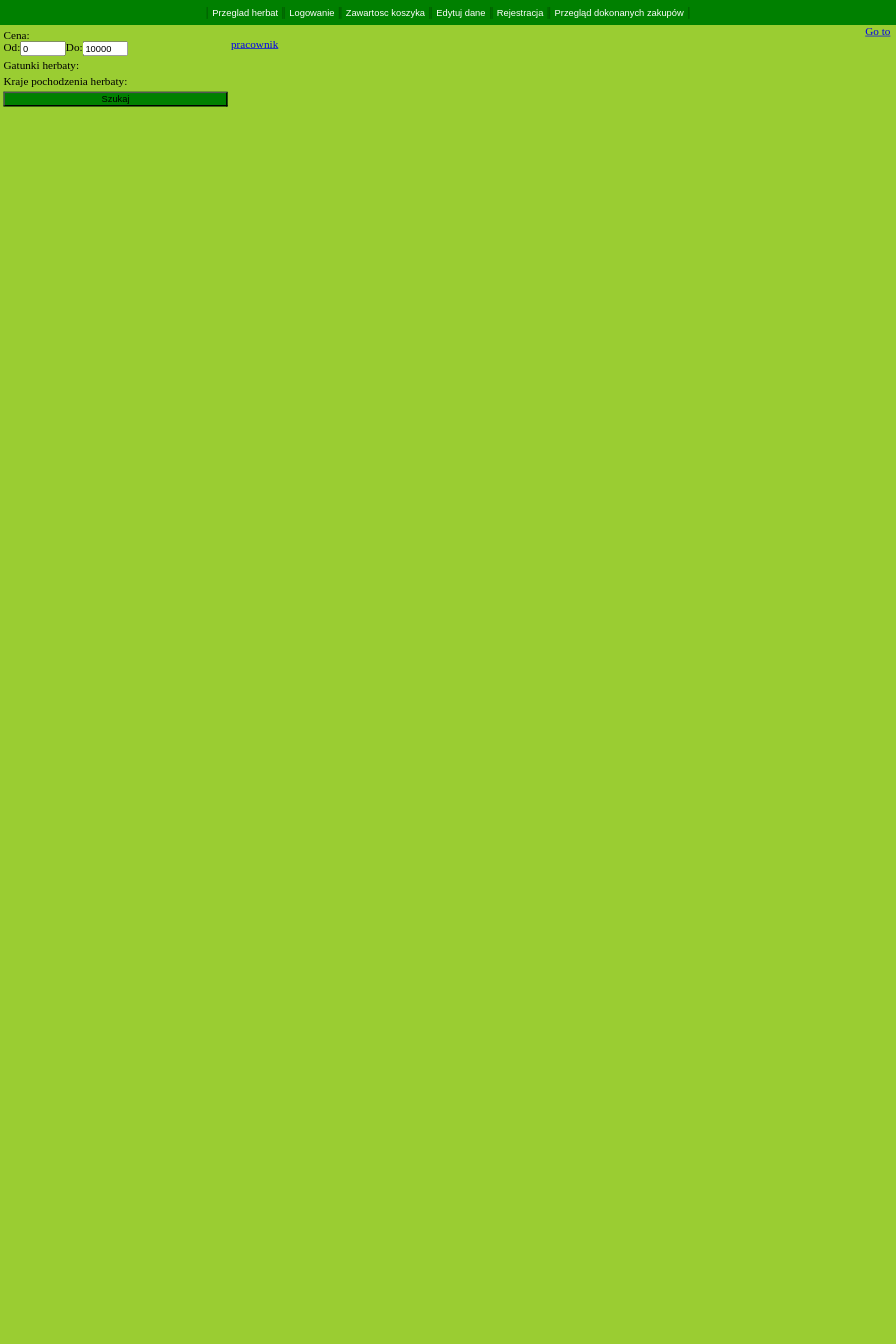
Repository: AdamKoliweszka/HerbaciarniaFrontend
Page: /
The author's editor kept a copy of each file at every save. The page is drawn from the files as they stood at one save, then again after the next save.
The browser window is 1280 px wide. The pictures show the part of the page from y = 0 to 1920 px (the page is 3000 px tall), at 70% of full size.
The project was rebuilt for these pictures with package versions that can differ from the ones it lists, and the page was loaded fresh each time. Also part of the build but not shown: src/components/ListaHerbatPracownik.vue, src/PrzegladHerbatPracownik.vue, src/components/EdytowanieKrajow.vue, src/PrzegladKrajowPracownik.vue, src/PrzegladGatunkowPracownik.vue, src/EdytowanieHerbatyPracownik.vue, src/DodawanieHerbatyPracownik.vue, src/PrzegladDostawcowPracownik.vue.

Above is the page before, as saved 2019-04-11 22:28:43.

### public/index.html
<!DOCTYPE html>
<html lang="en">

<head>
  <meta charset="utf-8">
  <meta http-equiv="X-UA-Compatible" content="IE=edge">
  <meta name="viewport" content="width=device-width,initial-scale=1.0">
  <link rel="icon" href="<%= BASE_URL %>favicon.ico">
  <title>herbaciarniafrontend</title>
  <style type="text/css">
    html {
      min-height: 100%;
      display: block;
    }

    body {
      height: 100%;
      margin: 0;
      background-color: yellowgreen;
      box-sizing: border-box;
      display: block;
      height: 3000px;
    }
  </style>
</head>

<body>
  <noscript>
    <strong>We're sorry but herbaciarniafrontend doesn't work properly without JavaScript enabled. Please enable it to
      continue.</strong>
  </noscript>
  <div id="app"></div>
  <!-- built files will be auto injected -->
</body>

</html>

### src/main.js
import Vue from 'vue';
import VueRouter from 'vue-router';
import App from './App.vue';
import PrzegladHerbatKlient from "./PrzegladHerbatKlient.vue";
import PrzegladHerbatPracownik from "./PrzegladHerbatPracownik.vue";
import PrzegladKrajowPracownik from "./PrzegladKrajowPracownik.vue";
import PrzegladGatunkowPracownik from "./PrzegladGatunkowPracownik.vue";
import EdytowanieHerbatyPracownik from "./EdytowanieHerbatyPracownik.vue";
import DodawanieHerbatyPracownik from "./DodawanieHerbatyPracownik.vue";
import PrzegladDostawcowPracownik from "./PrzegladDostawcowPracownik.vue";

Vue.use(VueRouter);

const routes = [
    {path: "/" ,component: PrzegladHerbatKlient},
    {path: "/pracownik", component: PrzegladHerbatPracownik},
    {path: "/pracownik/kraje", component: PrzegladKrajowPracownik},
    {path: "/pracownik/gatunki", component: PrzegladGatunkowPracownik},
    {path: "/pracownik/dostawcy", component: PrzegladDostawcowPracownik},
    {path: "/pracownik/herbaty/:id", component: EdytowanieHerbatyPracownik},
    {path: "/pracownik/dodawanieHerbaty/", component: DodawanieHerbatyPracownik}
];
const router = new VueRouter({
  routes,
  mode:"history"
})


new Vue({
  el: '#app',
  router,
  render: h => h(App)
});

### src/App.vue
<template>
  <div id="app">
    <router-view> </router-view>
    <router-link to="/pracownik">Go to pracownik</router-link>
  </div>
</template>

<script>

export default {
  name: "app",
  data: function() {
    return {

    };
  }
};
</script>

<style>
</style>

### src/PrzegladHerbatKlient.vue
<template>
  <div id="app">
    <GorneMenu @click="wyborMenu" :listaItemow="menuItems"/>
    <WyszukiwanieHerbat v-if="wybor.nazwa=='Przeglad herbat'" :czyPracownik="false"/>
    <EdytowanieDanych
      v-if="wybor.nazwa=='Edytuj dane'"
      :Klient="AktualnyKlient"
      :Pracownik="AktualnyPracownik"
    />
    <Logowanie v-if="wybor.nazwa=='Logowanie'"/>
  </div>
</template>

<script>

import Logowanie from "@/components/Logowanie.vue";
import GorneMenu from "@/components/GorneMenu.vue";
import WyszukiwanieHerbat from "@/components/WyszukiwanieHerbat.vue";
import EdytowanieDanych from "@/components/EdytowanieDanych.vue";
export default {
  name: "app",
  components: {
    WyszukiwanieHerbat,
    GorneMenu,
    EdytowanieDanych,
    Logowanie
  },
  data: function() {
    return {
      wiadomosc: "Hello",
      herbaty: null,
      gatunki: null,
      kraje: null,
      adresIPPort: "10.211.55.5:8086",
      wybor: {
        nazwa: "Przeglad herbat"
      },
      menuItems: [
        { nazwa: "Przeglad herbat" },
        { nazwa: "Logowanie" },
        { nazwa: "Zawartosc koszyka" },
        { nazwa: "Edytuj dane" },
        { nazwa: "Rejestracja" },
        { nazwa: "Przegląd dokonanych zakupów" }
      ],
      AktualnyKlient: {
        id_klienta: 0,
        imie: "Adam",
        nazwisko: "Koliweszka",
        miejscowosc: "Wrocław",
        ulica: "Grunwaldzka 9/3",
        dataUsunieciaKonta: "null",
        uzytkownik: {
          id_uzytkownika: "6",
          login: "AdamK",
          haslo: "Adam",
          salt: "costamcostam"
        }
      },
      AktualnyPracownik: null
    };
  },
  methods: {
    wyborMenu(wybor) {
      this.wybor = wybor;
    }
  },
  mounted() {


  }
};
</script>

<style>
</style>

### src/components/GorneMenu.vue
<template>
  <div id="app">
    <div class="KontenerMenu">
      <input v-for="item in listaItemow" :key="item.nazwa" type="button" @click="$emit('click',item)" :value="item.nazwa" class="itemMenu">

    </div>
    <div class="PasekOdstepuMenu"></div>
  </div>
</template>

<script>
export default {
  name: "MenuPracownik",
  props: {
    listaItemow: Array
  },
  data: function() {
    return {
      wybor: 1
    };
  },
  methods: {
    click(wybor) {
      this.wybor = wybor;
    }
  }
};
</script>


<style>
.itemMenu {
  background-color: green;
  text-align: center;
  border-style: none solid none solid;
  border-color: darkgreen;
  color: white;
  display: block;
}
.itemMenu:hover {
  padding-top: 40px;
}

.KontenerMenu {
  width: 100%;
  height: 40px;
  position: fixed;
  background-color: green;
  display: flex;
  justify-content: center;
  align-items: center;
}
.PasekOdstepuMenu {
  width: 100%;
  height: 40px;
}
</style>

### src/components/WyszukiwanieHerbat.vue
<template>
  <div id="app">
    <div>
      <Filtracja
        :kraje="kraje"
        :gatunki="gatunki"
        :czyPracownik="czyPracownik"
        @click="szukaj"
        class="LewyPasekWyszukiwanieHerbat"
      />
      <ListaHerbatKlient :herbaty="herbaty" class="PrawyPasekWyszukiwanieHerbat"/>
    </div>
  </div>
</template>

<script>
import DataAccess from "@/components/DataAccess.js";
import Filtracja from "@/components/Filtracja.vue";
import ListaHerbatKlient from "@/components/ListaHerbatKlient.vue";
export default {
  name: "app",
  components: {
    Filtracja,
    ListaHerbatKlient
  },
  props:{
    czyPracownik: Boolean
  },
  methods: {
    szukaj(argument) {
      DataAccess.getDostepneHerbatyFiltred(argument).then(data => {this.herbaty = data});
    }
  },

  mounted() {
    DataAccess.getGatunki().then(data => {this.gatunki = data});
    DataAccess.getDostepneHerbaty().then(data => {this.herbaty = data});
    DataAccess.getKraje().then(data => {this.kraje = data});

  },
  data: function() {
    return {
      wiadomosc: "Hello",
      herbaty: [],
      gatunki: [],
      kraje: []
    };
  },
};
</script>

<style>
.LewyPasekWyszukiwanieHerbat {
  height: 100%;
  width: 25%;
  padding: 5px;
  float: left;
}
.PrawyPasekWyszukiwanieHerbat{
  height: 100%;
  width: 70%;
  float: left;
  padding: 5px;
}
</style>

### src/components/MenuPracownik.vue
<template>
  <div id="app">
    <div class="KontenerMenu">
      <router-link class="itemMenu" to="/pracownik">Edytowanie herbat</router-link>
      <router-link class="itemMenu" to="/pracownik/dodawanieHerbaty">Dodawanie herbaty</router-link>
      <router-link class="itemMenu" to="/pracownik/gatunki">Edytowanie gatunków</router-link>
      <router-link class="itemMenu" to="/pracownik/kraje">Edytowanie krajów</router-link>
      <router-link class="itemMenu" to="/pracownik/dostawcy">Lista dostawców</router-link>
    </div>
    <div class="PasekOdstepuMenu"></div>
  </div>
</template>

<script>
export default {
  name: "MenuPracownik",

};
</script>


<style>
.itemMenu {
  background-color: green;
  text-align: center;
  border-style: none solid none solid;
  border-color: darkgreen;
  color: white;
  display: block;
  text-decoration: none;
}
.itemMenu:hover {
  padding-top: 5vh;
}

.KontenerMenu {
  width: 100%;
  height: 5vh;
  position: fixed;
  background-color: green;
  display: flex;
  justify-content: center;
  align-items: center;
}
.PasekOdstepuMenu {
  width: 100%;
  height: 5vh;
}
</style>

### src/components/FiltracjaPracownik.vue
<template>
  <div>
    <div>Cena:</div>

    <div class="CenaFiltracja">
      Od:
      <input type="text" size="5" v-model="argument.cenaOd">
      Do:
      <input type="text" size="5" v-model="argument.cenaDo">
    </div>

    <div class="ListaFiltracja">
      Gatunki herbaty:
      <div v-for="Gatunek in gatunki" v-bind:key="'gatunek' + Gatunek.nazwa_gatunku">
        <input type="checkbox" :value="Gatunek" v-model="argument.gatunki">
        <label>{{Gatunek.nazwa_gatunku}}</label>
      </div>
    </div>

    <div class="ListaFiltracja">
      Kraje pochodzenia herbaty:
      <div v-for="Kraj in kraje" v-bind:key="'kraj' + Kraj.nazwa_kraju">
        <input type="checkbox" :value="Kraj" v-model="argument.kraje">
        <label>{{Kraj.nazwa_kraju}}</label>
      </div>
    </div>

  <div class="ItemFiltracja">
    <label><input type="checkbox" v-model="argument.czyDostepne">Dostepne</label>
    <label><input type="checkbox" v-model="argument.czyNiedostepne">Niedostepne</label>
    </div>

    <div class="ItemFiltracja">
      <button @click="clickEvent" class="SzukajFiltracja">Szukaj</button>
    </div>

  </div>
</template>

<script>
export default {
  name: "FiltracjaKlient",
  props: {
    kraje: null,
    gatunki: null
  },
  data: function() {
    return {
      argument: {
        gatunki: [],
        kraje: [],
        cenaOd: 0,
        cenaDo: 10000,
        czyDostepne: null,
        czyNiedostepne: null
      }
    };
  },
  methods: {
    selectWszystkie()
    {
      this.czyDostepne = true;
      this.czyNiedostepne = true;
    },
    selectDostepne()
    {
      this.czyDostepne = true;
      this.czyNiedostepne = false;
    },
    selectNiedostepne()
    {
      this.czyDostepne = false;
      this.czyNiedostepne = true;
    },
    clickEvent() {
      const undoStates = [];
      var argument;

      undoStates.push(JSON.stringify(this.argument));
      if (undoStates.length > 0) {
        argument = JSON.parse(undoStates.pop());
      }

      if (argument.kraje.length == 0) {
        argument.kraje = this.kraje;
      }
      if (argument.gatunki.length == 0) {
        argument.gatunki = this.gatunki;
      }
      this.$emit("click", argument);
    }
  }
};
</script>


<style>

.SzukajFiltracja{
  width:100%;
  background-color: green;
}
.ListaFiltracja{
  padding-top: 5px;
}
.CenaFiltracja{
  display: flex;
  justify-content: flex-start;
  flex-wrap: wrap;
}
.ItemFiltracja{
  padding-top: 5px;
}

</style>

### src/components/Filtracja.vue
<template>
  <div>
    <div>Cena:</div>

    <div class="CenaFiltracja">
      Od:
      <input type="text" size="5" v-model="argument.cenaOd">
      Do:
      <input type="text" size="5" v-model="argument.cenaDo">
    </div>

    <div class="ListaFiltracja">
      Gatunki herbaty:
      <div v-for="Gatunek in gatunki" v-bind:key="'gatunek' + Gatunek.nazwa_gatunku">
        <input type="checkbox" :value="Gatunek" v-model="argument.gatunki">
        <label>{{Gatunek.nazwa_gatunku}}</label>
      </div>
    </div>

    <div class="ListaFiltracja">
      Kraje pochodzenia herbaty:
      <div v-for="Kraj in kraje" v-bind:key="'kraj' + Kraj.nazwa_kraju">
        <input type="checkbox" :value="Kraj" v-model="argument.kraje">
        <label>{{Kraj.nazwa_kraju}}</label>
      </div>
    </div>

  <div v-if="czyPracownik" class="ItemFiltracja">
    <label><input type="radio" name="Dostepnosc" checked="true">Wszystkie</label>
    <label><input type="radio" name="Dostepnosc">Dostepne</label>
    <label><input type="radio" name="Dostepnosc">Niedostepne</label>
    </div>

    <div class="ItemFiltracja">
      <button @click="clickEvent" class="SzukajFiltracja">Szukaj</button>
    </div>

  </div>
</template>

<script>
export default {
  name: "FiltracjaKlient",
  props: {
    kraje: null,
    gatunki: null,
    czyPracownik: Boolean
  },
  data: function() {
    return {
      argument: {
        gatunki: [],
        kraje: [],
        cenaOd: 0,
        cenaDo: 10000
      }
    };
  },
  methods: {
    clickEvent() {
      const undoStates = [];
      var argument;

      undoStates.push(JSON.stringify(this.argument));
      if (undoStates.length > 0) {
        argument = JSON.parse(undoStates.pop());
      }

      if (argument.kraje.length == 0) {
        argument.kraje = this.kraje;
      }
      if (argument.gatunki.length == 0) {
        argument.gatunki = this.gatunki;
      }
      this.$emit("click", argument);
    }
  }
};
</script>


<style>

.SzukajFiltracja{
  width:100%;
  background-color: green;
}
.ListaFiltracja{
  padding-top: 5px;
}
.CenaFiltracja{
  display: flex;
  justify-content: flex-start;
  flex-wrap: wrap;
}
.ItemFiltracja{
  padding-top: 5px;
}

</style>

### src/components/ListaHerbatKlient.vue
<template>
  <div id="KolekcjaHerbat">
      <div v-for="Herbata in herbaty" v-bind:key="'herbata' + Herbata.nazwa_herbaty">
        <div></div>
        <div>
          <h1>{{Herbata.nazwa_herbaty}}</h1>
          Opis: {{Herbata.opis}}
          <br>
          Kraj pochodzenia: {{Herbata.krajPochodzenia.nazwa_kraju}}
          Gatunek: {{Herbata.gatunekHerbaty.nazwa_gatunku}}
          <br>
          Cena: {{Herbata.cenaSprzedazy}}
          Ilosc: {{Herbata.iloscDostepna}}
          <input
            type="button"
            value="Kup"
          >
        </div>
      </div>
    </div>
</template>

<script>
export default {
  name: 'ListaHerbatKlient',
  props: {
    herbaty: null
  }
}
</script>


<style scoped>

</style>

### src/components/Logowanie.vue
<template>
  <div>
    <div class="GlownyKontentEdytowanieDanych">
      <div>
        Login:
        <input type:text v-model="uzytkownik.login">
      </div>

      <div>
        Hasło:
        <input type="password" v-model="uzytkownik.haslo">
      </div>
    </div>
  </div>
</template>

<script>
export default {
  name: "Logowanie",

  data: function() {
    return {
      uzytkownik: {
        id_uzytkownika: 0,
        login: "",
        haslo: "",
        salt: ""
      }
    };
  },
  methods: {}
};
</script>


<style>
.GlownyKontentLogowanie {
  padding: 5px;
}
</style>

### src/components/EdytowanieDanych.vue
<template>
  <div>
    <div class="GlownyKontentEdytowanieDanych">
      <p>Edytuj dane personalne</p>
      <div v-if="Klient != null">
        <div>
          Imie:
          <input type:text v-model="Klient.imie">
        </div>

        <div>
          Nazwisko:
          <input type:text v-model="Klient.nazwisko">
        </div>

        <div>
          Miejscowosc:
          <input type:text v-model="Klient.miejscowosc">
        </div>

        <div>
          Ulica:
          <input type:text v-model="Klient.ulica">
        </div>
      </div>

      <div v-if="Pracownik != null">
        <div>
          Imie:
          <input type:text v-model="Pracownik.imie">
        </div>

        <div>
          Nazwisko:
          <input type:text v-model="Pracownik.nazwisko">
        </div>
      </div>
      <p>Zmiana hasła</p>
      <div>
        Stare hasło:
        <input type="password" v-model="Klient.uzytkownik.haslo">
      </div>
      <div>
        Nowe hasło:
        <input type="password" v-model="Klient.uzytkownik.haslo">
      </div>
    </div>
  </div>
</template>

<script>
export default {
  name: "EdytowanieDanych",
  props: {
    czyPracownik: Boolean,
    Klient: {
      id_klienta: Number,
      imie: String,
      nazwisko: String,
      miejscowosc: String,
      ulica: String,
      dataUsunieciaKonta: String,
      uzytkownik: {
        id_uzytkownika: Number,
        login: String,
        haslo: String,
        salt: String
      }
    },

    Pracownik: {
      id_pracownika: Number,
      Imie: String,
      Nazwisko: String,
      DataZatrudnienia: Date,
      DataZwolnienia: Date,
      uzytkownik: {
        id_uzytkownika: Number,
        login: String,
        haslo: String,
        salt: String
      }
    }
  },
  data: function() {
    return {
      argument: {
        gatunki: [],
        kraje: [],
        cenaOd: 0,
        cenaDo: 10000
      }
    };
  },
  methods: {}
};
</script>


<style>
.GlownyKontentEdytowanieDanych {
  padding: 5px;
}
.GlownyKontentEdytowanieDanych p {
  display: block;
  border-style: none none solid none;
  border-bottom-color: darkgreen;
  color: darkgreen;
}
</style>

Loaded but not shown: src/components/DataAccess.js (243 lines, source omitted)

After the next save:
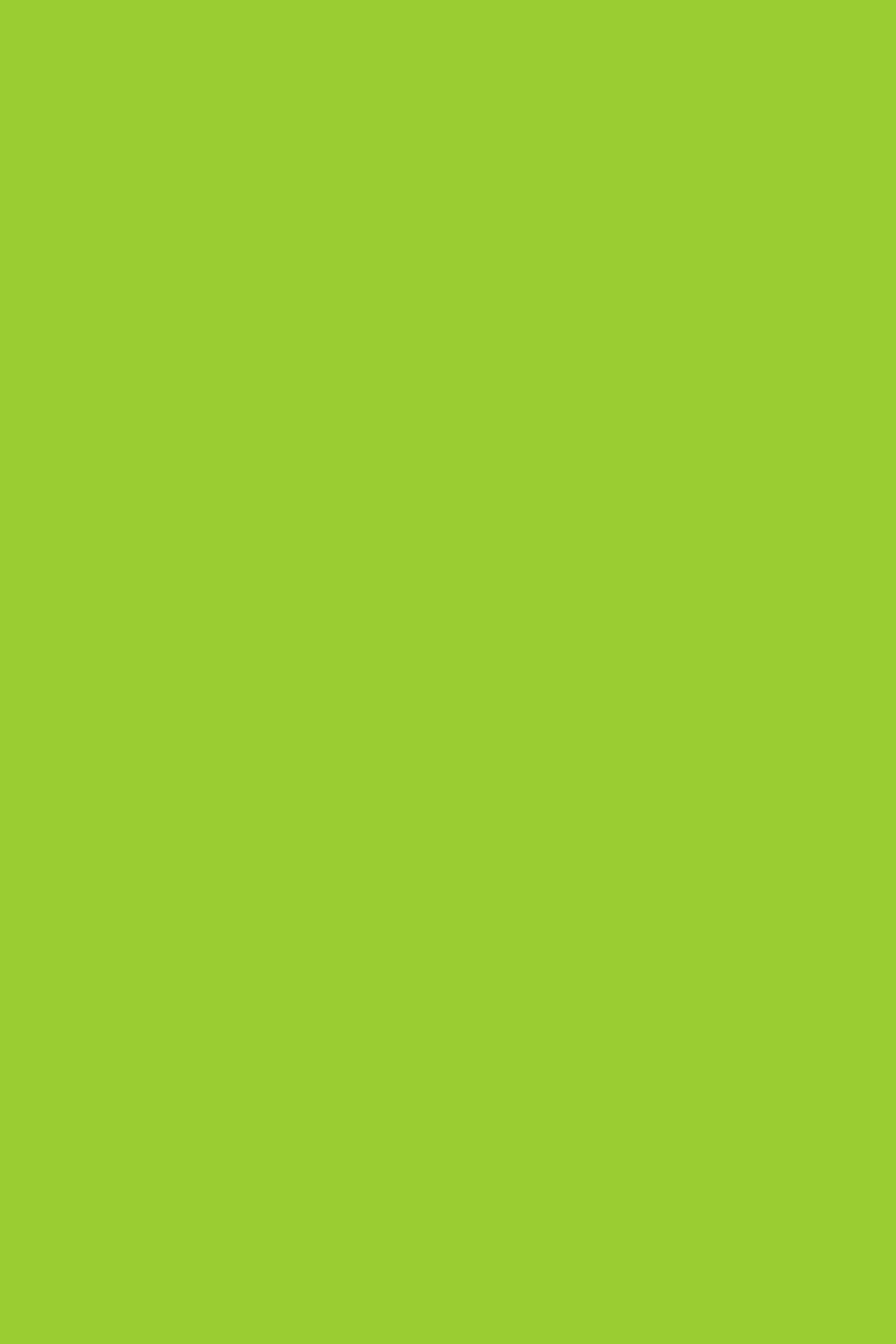
Console error: ReferenceError: GorneMenu is not defined
Saved 11 min 34 s later.
--- a/src/PrzegladHerbatKlient.vue
+++ b/src/PrzegladHerbatKlient.vue
@@ -1,6 +1,5 @@
 <template>
   <div id="app">
-    <GorneMenu @click="wyborMenu" :listaItemow="menuItems"/>
     <WyszukiwanieHerbat v-if="wybor.nazwa=='Przeglad herbat'" :czyPracownik="false"/>
     <EdytowanieDanych
       v-if="wybor.nazwa=='Edytuj dane'"
@@ -14,7 +13,6 @@
 <script>
 
 import Logowanie from "@/components/Logowanie.vue";
-import GorneMenu from "@/components/GorneMenu.vue";
 import WyszukiwanieHerbat from "@/components/WyszukiwanieHerbat.vue";
 import EdytowanieDanych from "@/components/EdytowanieDanych.vue";
 export default {

After the save that followed:
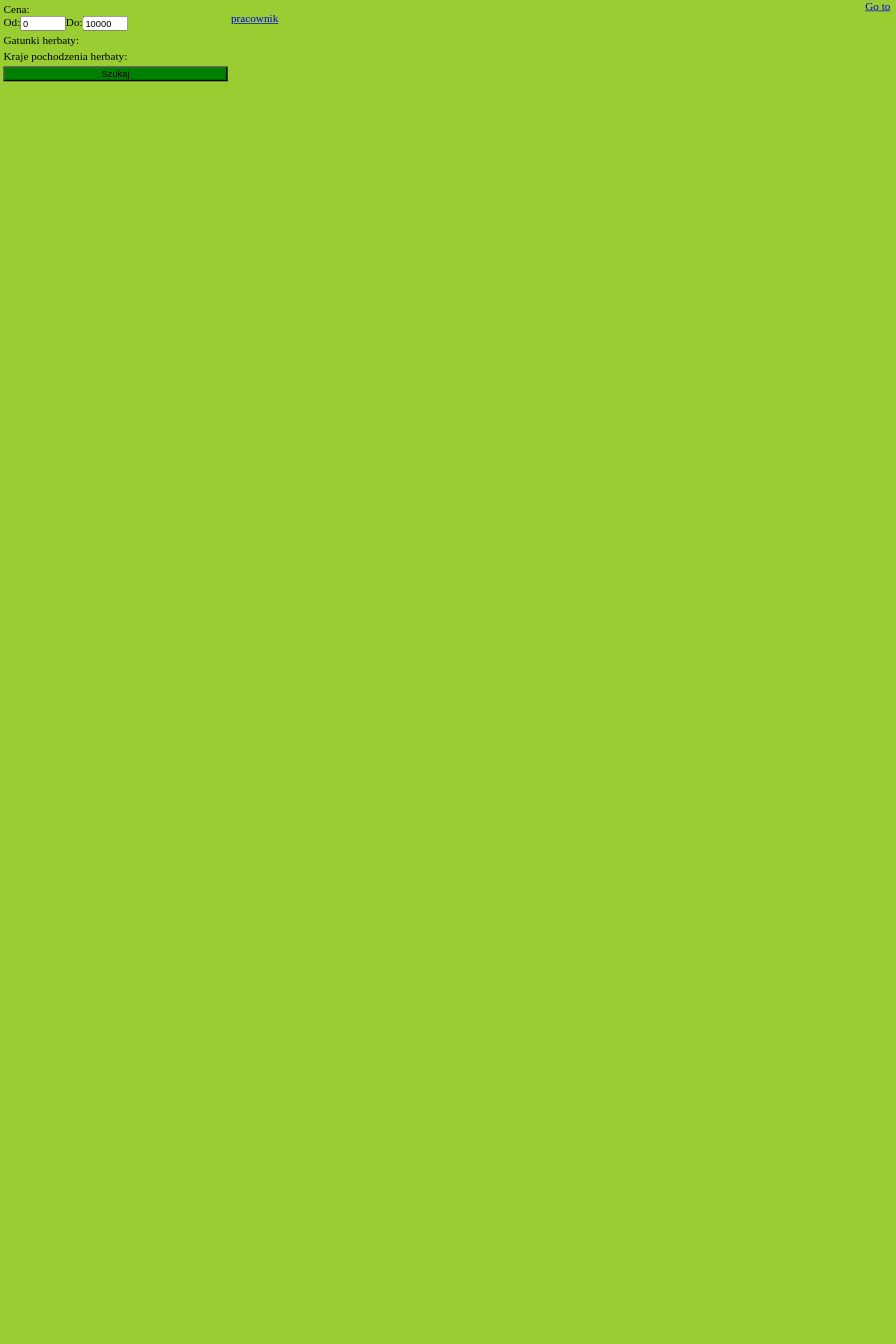
The error is gone.
Saved 6 s later.
--- a/src/PrzegladHerbatKlient.vue
+++ b/src/PrzegladHerbatKlient.vue
@@ -19,7 +19,6 @@
   name: "app",
   components: {
     WyszukiwanieHerbat,
-    GorneMenu,
     EdytowanieDanych,
     Logowanie
   },
